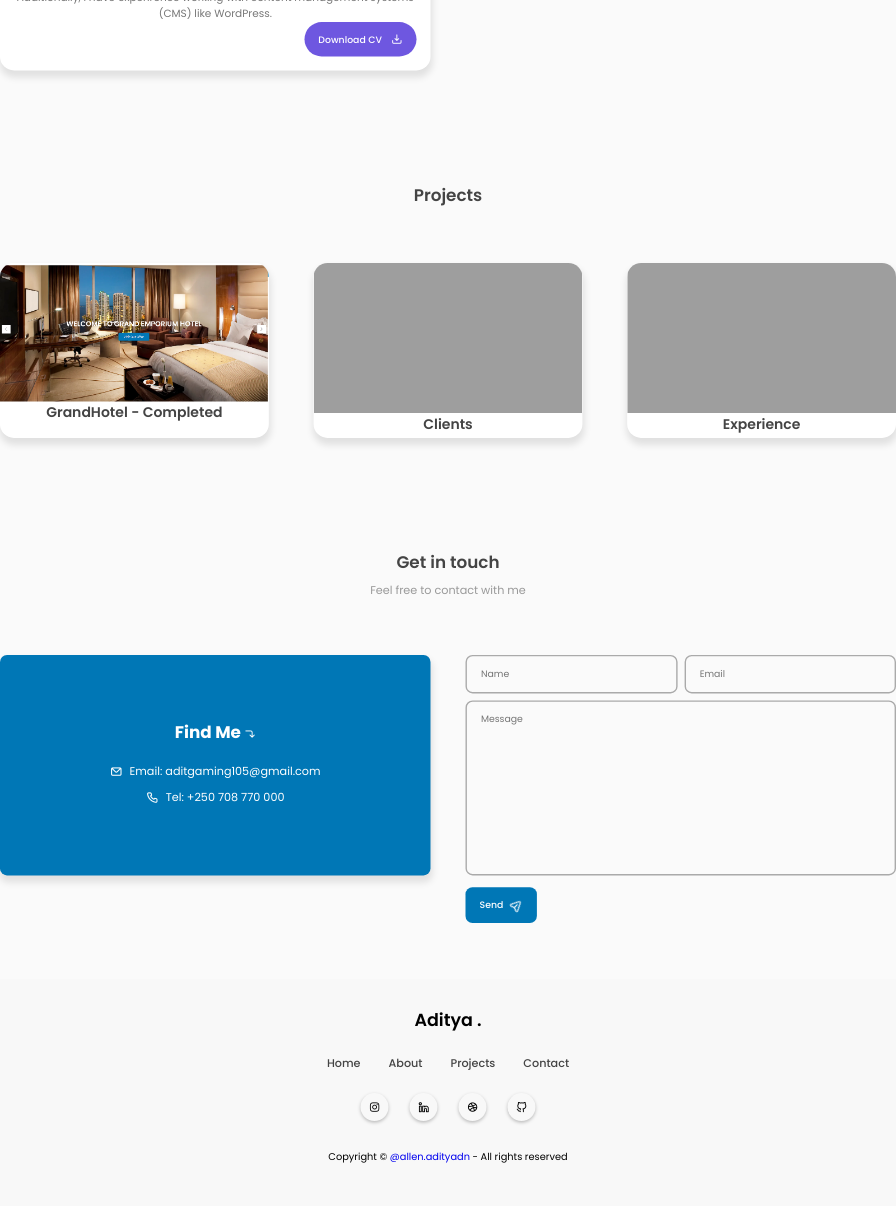
Repository: 4Kbrain/Portofolio
Page: index.html
These files come from the project's save history. The page is drawn as it stood at one moment and after the next save; the edit follows.
The browser window is 1280 px wide. The pictures show the part of the page from y = 1051 to 2971 px (the page is 2774 px tall before and 2971 px after), at 70% of full size.
Pictures or frames that could not be fetched are drawn as grey boxes.

Above is the page before, as saved 2024-05-15 16:28:45.
Console error: ReferenceError: ScrollReveal is not defined

After the next save:
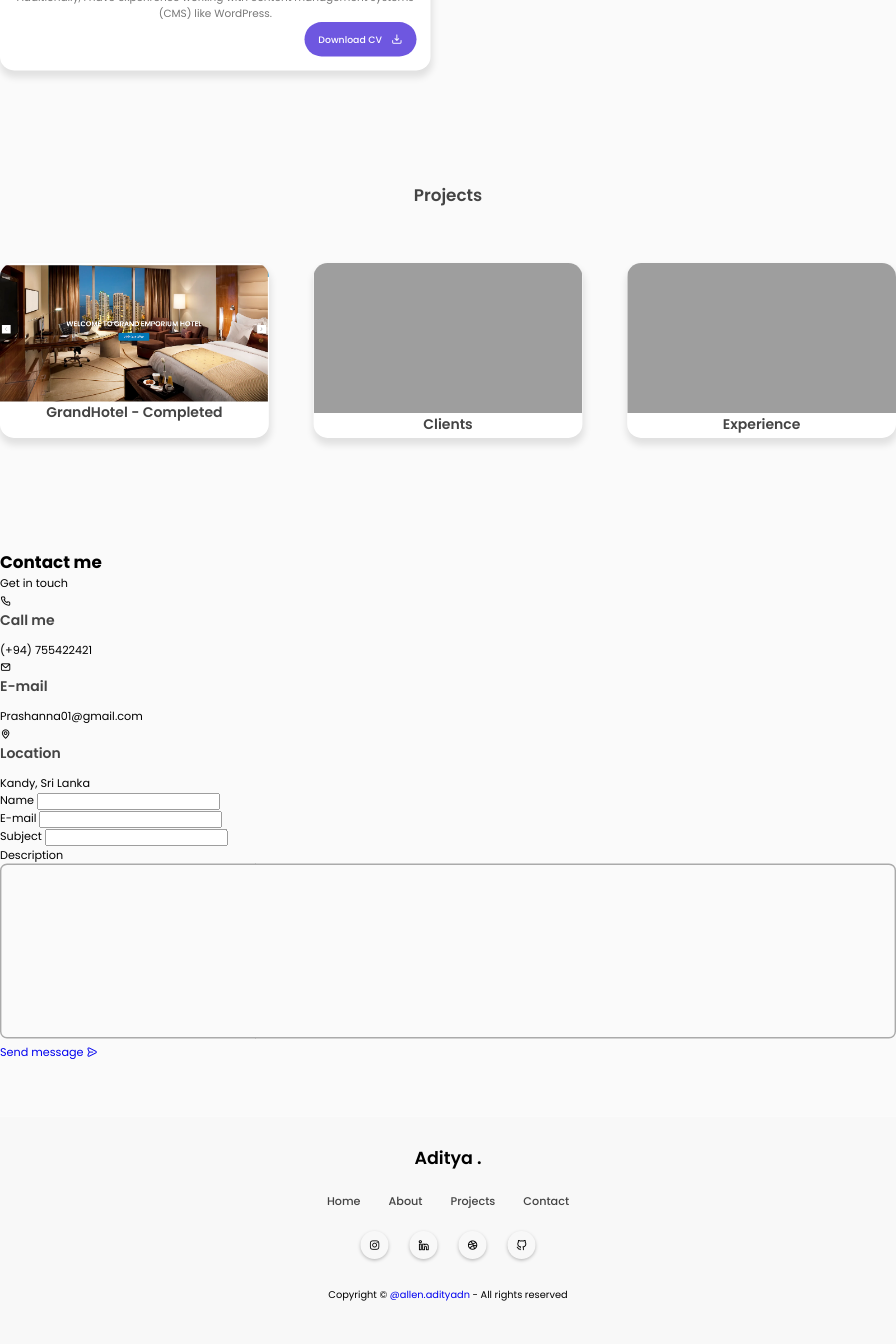
Saved 2 min 37 s later.
--- a/index.html
+++ b/index.html
@@ -172,34 +172,72 @@
 
     <!-- -------------- CONTACT BOX ---------------- -->
 
-    <section class="section" id="contact">
-        <div class="top-header">
-            <h1>Get in touch</h1>
-            <span>Feel free to contact with me</span>
-        </div>
-        <div class="row">
-            <div class="col">
-                <div class="contact-info">
-                    <h2>Find Me <i class="uil uil-corner-right-down"></i></h2>
-                    <p><i class="uil uil-envelope"></i> Email: aditgaming105@gmail.com</p>
-                    <p><i class="uil uil-phone"></i> Tel: +250 708 770 000</p>
-                </div>
-            </div>
-            <div class="col">
-                <div class="form-control">
-                    <div class="form-inputs">
-                        <input type="text" class="input-field" placeholder="Name">
-                        <input type="text" class="input-field" placeholder="Email">
-                    </div>
-                    <div class="text-area">
-                        <textarea placeholder="Message"></textarea>
-                    </div>
-                    <div class="form-button">
-                        <button class="btn">Send <i class="uil uil-message"></i></button>
-                    </div>
-                </div>
-            </div>
-        </div>
+    <section class="contact section" id="contact">
+        <h2 class="section__title">Contact me</h2>
+        <span class="section__subtitle">Get in touch</span>
+
+        <div class="contact__container container grid">
+            <div>
+                <div class="contact__information">
+                    <i class="uil uil-phone-alt contact__icon"></i>
+
+                    <div>
+                        <h3 class="contact__title">Call me</h3>
+                        <span class="contatc__subtitle">(+94) 755422421</span>
+                    </div>
+                </div>
+
+                <div class="contact__information">
+                    <i class="uil uil-envelope contact__icon"></i>
+
+                    <div>
+                        <h3 class="contact__title">E-mail</h3>
+                        <span class="contatc__subtitle">Prashanna01@gmail.com</span>
+                    </div>
+                </div>
+
+                <div class="contact__information">
+                    <i class="uil uil-map-marker contact__icon"></i>
+
+                    <div>
+                        <h3 class="contact__title">Location</h3>
+                        <span class="contatc__subtitle">Kandy, Sri Lanka</span>
+                    </div>
+                </div>
+            </div>
+
+            <form action="" class="contact__form grid">
+                <div class="contact__inputs grid">
+                    <div class="contact__content">
+                        <label for="" class="contact__label">Name</label>
+                        <input type="text" class="contact__input">
+                    </div>
+
+                    <div class="contact__content">
+                        <label for="" class="contact__label">E-mail</label>
+                        <input type="email" class="contact__input">
+                    </div>
+                </div>
+
+                <div class="contact__content">
+                    <label for="" class="contact__label">Subject</label>
+                    <input type="text" class="contact__input">
+                </div>
+
+                <div class="contact__content">
+                    <label for="" class="contact__label">Description</label>
+                    <textarea name="" id="" cols="0" rows="7" class="contact__input"></textarea>
+                </div>
+
+                <div>
+                    <a href="#" class="button button--flex">
+                        Send message
+                        <i class="uil uil-message button__icon"></i>
+                    </a>
+                </div>
+            </form>
+        </div>
+
     </section>
 
     </main>
